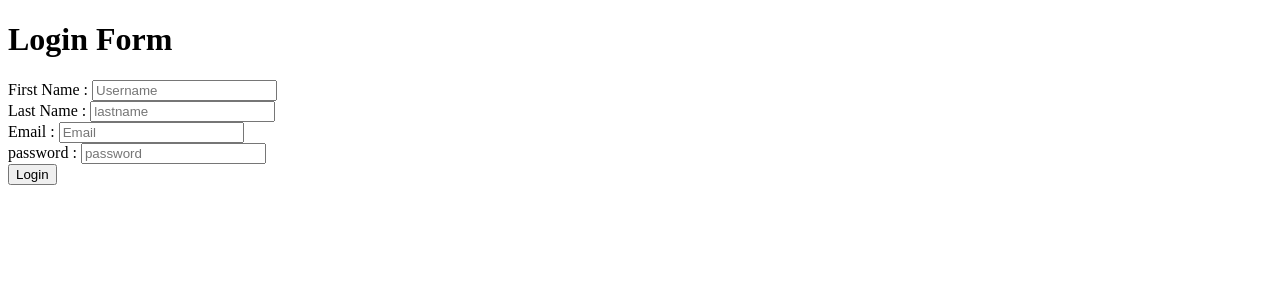
Repository: Rohit-sharma9838/myself
Page: Qspider/Form.html
These files come from the project's save history. The page is drawn as it stood at one moment and after the next save; the edit follows.
The browser window is 1280 px wide. The pictures show the whole page.

Above is the page before, as saved 2025-08-16 19:18:54.

After the next save:
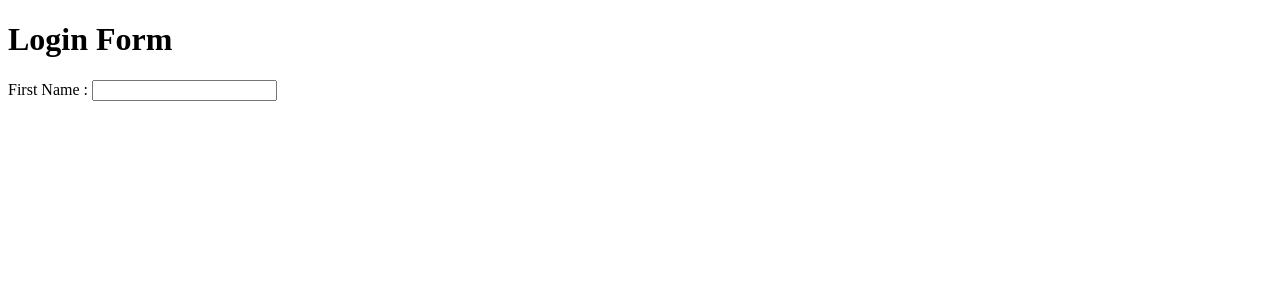
Saved 2 min 52 s later.
--- a/Qspider/Form.html
+++ b/Qspider/Form.html
@@ -7,14 +7,7 @@
 </head>
 <body>
     <h1>Login Form</h1>
-    First Name : <input type="text" placeholder="Username">
-    <br>
-    Last Name : <input type="text" placeholder="lastname">
-    <br>
-    Email : <input type="text" placeholder="Email">
-    <br>
-    password : <input type="text" placeholder="password">
-    <br>
-    <button type="Submit" >Login</button>
+   <label for="web">First Name :</label>
+   <input type="text" name="Fname" id="web">
 </body>
 </html>
